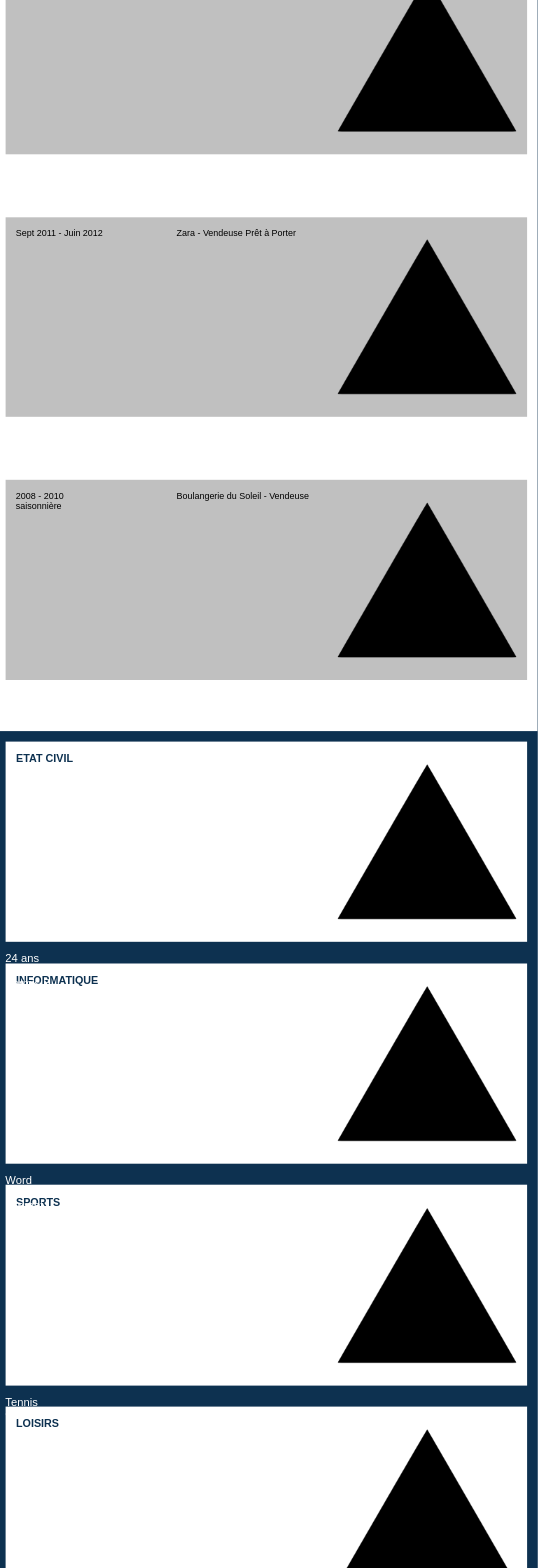
Repository: evalwebmeteofullstack/Gestion_meteo
Page: Notes/Exercices/static/ExoCV/CV.html
The author's editor kept a copy of each file at every save. The page is drawn from the files as they stood at one save, then again after the next save.
The browser window is 768 px wide. The pictures show the part of the page from y = 479 to 2719 px (the page is 3152 px tall before and 2987 px after), at 70% of full size.

Above is the page before, as saved 2019-01-29 16:09:07.

### Notes/Exercices/static/ExoCV/CV.html
<!DOCTYPE html5>
<link rel="stylesheet" type="text/css" type="text/css"
	href="StyleCV.css" />
<meta charset="ISO-8859-1">
<meta name="viewport"
	content="user-scalable=no,initial-scale=1, minimum-scale=1, maximum-scale=1, width=device-width">
<html lang="fr">
<head>
<title>CV Alexandra Billu</title>
</head>
<body>
	<!-- *********************************************************************************** -->
	<!-- 								PREMIERE DIV 										-->
	<!-- *********************************************************************************** -->
	<header id="titre">
		<h1>Responsable Point de Vente Prêt à Porter</h1>
	</header>
	<!-- *********************************************************************************** -->
	<!-- 								DEUXIEME DIV 										-->
	<!-- *********************************************************************************** -->
	<div id="divID">
		<header id="imgObe">
			<img src="../Images/obelix-little.gif" />
		</header>
		<article>
			<header>
				<h2>Obelix POTTER</h2>
			</header>
			<p>12, rue Saint-Rome - 31000 Toulouse</p>
			<p>05 61 06 06 06</p>
			<p>06 62 43 56 12</p>
			<p>alex21.billu@gmail.com</p>
		</article>
	</div>
	<!-- *********************************************************************************** -->
	<!-- 								TROISIEME DIV 										-->
	<!-- *********************************************************************************** -->
	<div id="divPro">
		<!-- *********************************************************************************** -->
		<!-- 								SECTION 1 										-->
		<!-- *********************************************************************************** -->
		<section>
			<header>
				<h2>FORMATION</h2>
			</header>
			<article>
				<header>
					<span>Sept 2012 - Juin 2014</span> <span><b>BTS Commerce</b></span>
				</header>
				<p>En alternance à Toulouse</p>
			</article>
			<br />
			<article>
				<header>
					<span>Sept 2010 - Juin 2011</span> <span><b>Baccalauréat
							STMG</b></span>
				</header>
				<p>Lycée Emilie de Rodat à Toulouse</p>
			</article>
		</section>
		<!-- *********************************************************************************** -->
		<!-- 								SECTION 2 										-->
		<!-- *********************************************************************************** -->
		<section id="sectExp">
			<header>
				<h2>EXPERIENCES PROFESSIONNELLES</h2>
			</header>
			<article>
				<label for="CkExp1">
					<span>Jan 2014 - Juin 2014</span> <span>Desigual -
						Responsable Point de Vente</span><img class="triangle"
						src="../Images/triangle-png-6.png">
				</label>
				<input type="checkbox" id="CkExp1">
				<ul id="Ul1">
					<li>Encadrement des 6 vendeuses</li>
					<li>Gestion de l'espace de vente</li>
					<li>Mise en valeur des nouvelles collections</li>
					<li>Interface avec le Siège</li>
				</ul>
			</article>
			<article>
				<label for="CkExp2">
					<span>Sept 2011 - Juin 2012</span> <span>Zara - Vendeuse
						Prêt à Porter</span><img class="triangle"
						src="../Images/triangle-png-6.png">
				</label>
				<input type="checkbox" id="CkExp2">
				<ul id="Ul2">
					<li>Accueil clientèle</li>
					<li>Conseils et ventes</li>
					<li>Gestion de caisse</li>
					<li>Merchandising et mise en rayon</li>
				</ul>
			</article>
			<article>
				<label for="CkExp3">
					<span>2008 - 2010 <br />saisonnière
					</span> <span>Boulangerie du Soleil - Vendeuse</span> <img
						class="triangle" src="../Images/triangle-png-6.png">
				</label>
				<input type="checkbox" id="CkExp3">
				<ul id="Ul3">
					<li>Mise en rayon</li>
					<li>Vente</li>
					<li>Gestion de caisse</li>
				</ul>
			</article>
		</section>
	</div>
	<!-- *********************************************************************************** -->
	<!-- 								QUATRIEME DIV 										-->
	<!-- *********************************************************************************** -->
	<div id="divDivers">
		<!-- **********************************************************************************-->
		<!-- 								SECTION 1								-->
		<!-- *********************************************************************************** -->
		<article>
			<label for="CkCiv">ETAT CIVIL<img class="triangle"
				src="../Images/triangle-png-6.png">
			</label> <input type="checkbox" id="CkCiv">
			<div id="divPCiv">
				<p>24 ans</p>
				<p>Nationalité Française</p>
				<p>Permis B</p>
			</div>
		</article>
		<article>
			<label for="CkInfo">INFORMATIQUE<img class="triangle"
				src="../Images/triangle-png-6.png">
			</label> <input type="checkbox" id="CkInfo">
			<div id="divPInfo">
				<p>Word</p>
				<p>Excel</p>
				<p>Internet</p>
			</div>
		</article>
		<article>
			<label for="CkSport">SPORTS<img class="triangle"
				src="../Images/triangle-png-6.png">

			</label> <input type="checkbox" id="CkSport">
			<div id="divPSport">
				<p>Tennis</p>
				<p>Golf</p>
			</div>
		</article>
		<article>
			<label for="CkLoisir">LOISIRS<img class="triangle"
				src="../Images/triangle-png-6.png">
			</label><input type="checkbox" id="CkLoisir">
			<div id="divPLoisir">
				<p>Théatre</p>
				<p>Cinéma</p>
			</div>
		</article>
		<article>
			<label for="CkVoyage"> VOYAGES<img class="triangle"
				src="../Images/triangle-png-6.png">
			</label><input type="checkbox" id="CkVoyage">
			<div id="divPVoyage">
				<p>Brésil</p>
				<p>Australie</p>
				<p>Argentine</p>
			</div>
		</article>
	</div>
</body>
</html>

### Notes/Exercices/static/ExoCV/StyleCV.css
* {
	box-sizing: border-box;
}

body {
	display: flex;
	flex-direction: row;
	flex-wrap: wrap;
	justify-content: flex-end;
	width: 100%;
	margin: 0;
	font-family: sans-serif;
}

p {
	margin: 0%;
}

h1 {
	margin: 0;
}

#imgObe {
	text-align: center;
}

#imgObe img {
	border: 0.3em solid #c0c0c0;
	border-radius: 0.4em;
}

#titre {
	width: 80%;
	font-size: 1.5em;
	padding-left: 1%;
	margin-bottom: 18%;
}

#divID {
	display: flex;
	flex-direction: column;
	width: 20%;
	background-color: #0D3150;
	color: #ffffff;
	border-bottom: 2px solid #c0c0c0;
	padding-bottom: 1%;
	padding-top: 1%;
	padding-left: 1%;
}

#divID article {
	padding-top: 1%;
}

#divPro {
	display: flex;
	flex-direction: column;
	width: 80%;
	margin-top: -18%;
	padding-left: 1%;
	padding-right: 2%;
	left: 0;
}

#divPro p {
	margin-left: 10em;
}

div section h2 {
	color: #ffffff;
	background-color: #0D3150;
	padding-left: 1%;
	font-size: 1.8em;
}

#sectExp article label {
	background-color: #c0c0c0;
	display: flex;
	flex-direction: row;
}

#sectExp article span {
	width: 70%;
}

#sectExp article ul {
	margin-left: 5em;
}

#divDivers {
	display: flex;
	flex-direction: column;
	width: 20%;
	background-color: #0D3150;
	color: #ffffff;
	padding-left: 1%;
}

#divDivers label {
	color: #0D3150;
	background-color: #ffffff;
	margin-right: 2%;
	padding-left: 1%;
	font-size: 1.2em;
	font-weight: bold;
}

.triangle {
	height: 0;
	opacity: 0;
}

input[type=checkbox] {
	display: none;
}

@media screen and (min-width : 250px) and (max-width: 900px) {
	body {
		display: flex;
		flex-direction: column;
		font-size: 0.8em;
	}
	#divPro section header h2 {
		color: #ffffff;
		background-color: #0D3150;
		padding-left: 2%;
		font-size: 1.5em;
	}
	#sectExp article label {
		padding: 2%;
		margin-top: 2%;
		margin-bottom: 2%;
	}
	#imgObe {
		text-align: right;
		margin-right: 1%;
		background-color: pink;
	}
	#imgObe img {
		max-width: 100%;
		height: auto;
	}
	#titre {
		font-size: 1.2em;
		width: 100%;
		margin-bottom: 0%;
	}
	#divID {
		display: flex;
		flex-direction: row-reverse;
		justify-content: flex-end;
		width: 100%;
		color: black;
		background-color: #ffffff;
		border-bottom: 0;
	}
	#divID article {
		width: 80%;
	}
	#divID article header {
		color: #ffffff;
		background-color: #0D3150;
		padding-left: 2%;
		font-size: 1em;
	}
	#divPro {
		width: 100%;
		margin-top: 0%;
	}
	#divDivers {
		width: 100%;
	}
	#divDivers label {
		display: flex;
		justify-content: space-between;
		padding: 2%;
		margin-top: 2%;
		margin-bottom: 2%;
	}
	#sectExp article header {
		padding-right: 1%;
	}
	.triangle {
		height: 2%;
		opacity: 1;
	}

	#sectExp article
	#Ul1, #Ul2, #Ul3 {
		/*height: 0px;
		opacity: 0;
		transition: 1s;*/
		visibility: hidden;
	}
	#CkExp1:checked+#Ul1 {
		/*display: flex;
		flex-direction: column;*/
		/*height: 80px;
		opacity: 1;
		transition: 1s;*/
		visibility:visible;
	}
	#CkExp2:checked+#Ul2 {
		/*height: 80px;
		opacity: 1;
		transition: 1s;
		animation: spin 2s;*/
		visibility: visible;
	}
	#CkExp3:checked+#Ul3 {
		/*height: 80px;
		opacity: 1;
		transition: 1s;*/
		visibility:visible;
	}
	#divDivers article
	#divPCiv, #divPInfo, #divPSport, #divPLoisir, #divPVoyage {
		height: 0;
		opacity: 0;
		transition: 1s;
	}
	#CkCiv:checked+#divPCiv {
		height: 80px;
		opacity: 1;
		transition: 1s;
	}
	#CkInfo:checked+#divPInfo {
		height: 80px;
		opacity: 1;
		transition: 1s;
	}
	#CkSport:checked+#divPSport {
		height: 80px;
		opacity: 1;
		transition: 1s;
	}
	#CkLoisir:checked+#divPLoisir {
		height: 80px;
		opacity: 1;
		transition: 1s;
	}
	#CkVoyage:checked+#divPVoyage {
		height: 80px;
		opacity: 1;
		transition: 1s;
	}
}

After the next save:
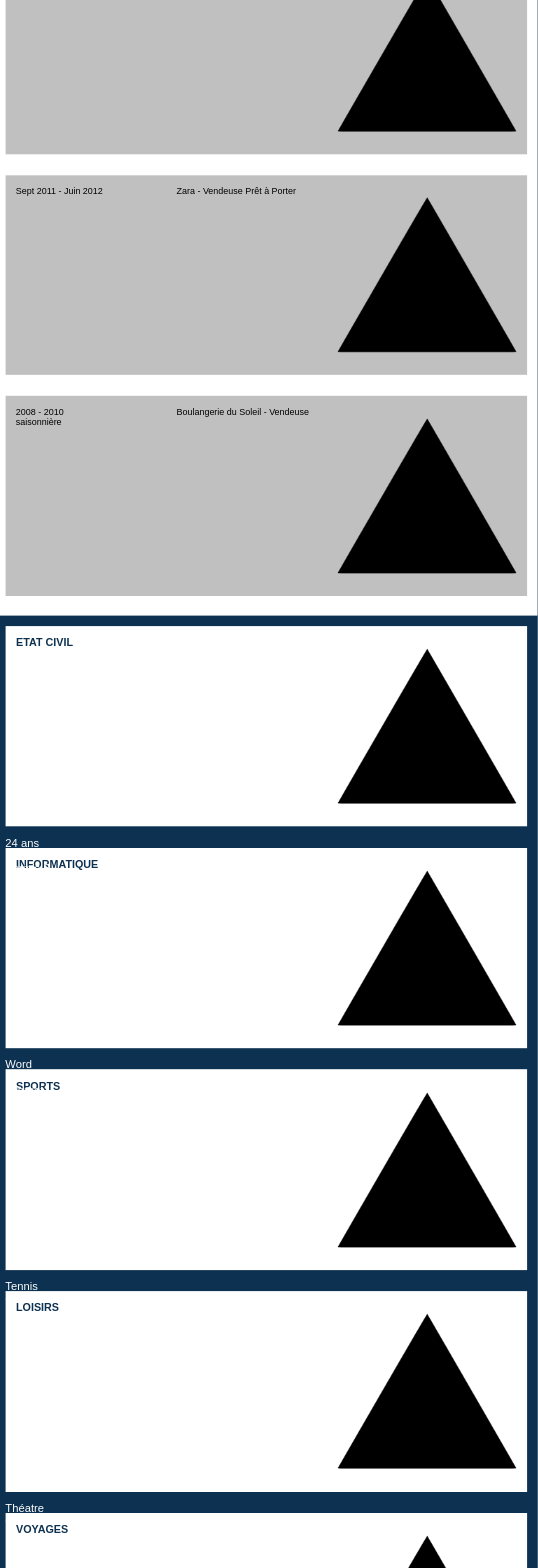
Saved 63 s later.
--- a/Notes/Exercices/static/ExoCV/StyleCV.css
+++ b/Notes/Exercices/static/ExoCV/StyleCV.css
@@ -187,8 +187,8 @@ input[type=checkbox] {
 
 	#sectExp article
 	#Ul1, #Ul2, #Ul3 {
-		/*height: 0px;
-		opacity: 0;
+		height: 0px;
+		/*opacity: 0;
 		transition: 1s;*/
 		visibility: hidden;
 	}
